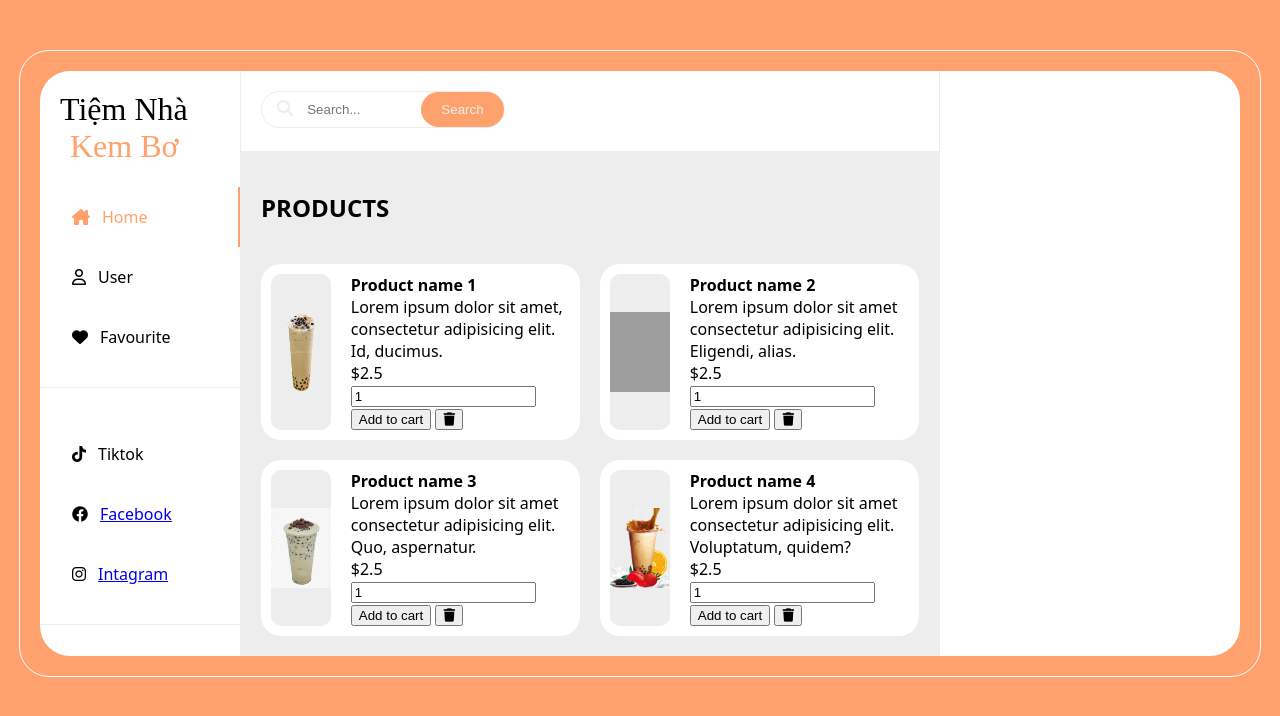
Repository: hnguyeng/tiemnhabo
Page: index.html
These files come from the project's save history. The page is drawn as it stood at one moment and after the next save; the edit follows.
The browser window is 1280 px wide. The pictures show the whole page.
Pictures or frames that could not be fetched are drawn as grey boxes.

Above is the page before, as saved 2022-12-13 16:09:11.

### index.html
<!DOCTYPE html>
<html lang="en">
<head>
    <meta charset="UTF-8">
    <meta http-equiv="X-UA-Compatible" content="IE=edge">
    <meta name="viewport" content="width=device-width, initial-scale=1.0">
    <title>Document</title>
    <link rel="stylesheet" href="./style.css">
    <link rel="stylesheet" href="https://cdnjs.cloudflare.com/ajax/libs/font-awesome/6.2.1/css/all.min.css">
</head>
<body>
    <div class="container">
        <div class="menu">
            <div class="logo">
                Tiệm Nhà <span>Kem Bơ</span>
            </div>
            <ul>
                <li class="active"><i class="fa-solid fa-house-chimney"></i>Home</li>
                <li><i class="fa-regular fa-user"></i>User</li>
                <li><i class="fa-solid fa-heart"></i>Favourite</li>
            </ul>
            <ul>
                <li><i class="fa-brands fa-tiktok"></i>Tiktok</li>
                <li><i class="fa-brands fa-facebook"></i><a href="https://www.facebook.com/Hin229/">Facebook</a> </li>
                <li><i class="fa-brands fa-instagram"></i><a href="https://www.instagram.com/n.q.h.2209/">Intagram</a></li>
            </ul>
        </div>
        <div class="center">
            <div class="search">
                <div class="form">
                    <i class="fa-solid fa-magnifying-glass"></i>
                    <input type="text" placeholder="Search...">
                    <button>Search</button>
                </div>
            </div>
            <h2>PRODUCTS</h2>
            <div class="list">
                <div class="item" data-key="1">
                    <div class="img">
                        <img src="./img/freepng1191-tra-sua-nuoc-giai-khat-do-uong-png-hinh-tach-nen-14.png" alt="">
                    </div>
                    <div class="content">
                        <div class="title">Product name 1</div>
                        <div class="des">
                           Lorem ipsum dolor sit amet, consectetur adipisicing elit. Id, ducimus.
                        </div>
                        <div class="price">$2.5</div>
                        <input type="number" class="count" min="1" value="1">
                        <button class="add">Add to cart</button>
                        <button class="remove"><i class="fa-solid fa-trash"></i></button>
                    </div>
                </div>
                <div class="item" data-key="2">
                    <div class="img">
                        <img src="./img/freepng1205-tra-sua-nuoc-giai-khat-do-uong-png-hinh-tach-nen-28.png" alt="">
                    </div>
                    <div class="content">
                        <div class="title">Product name 2</div>
                        <div class="des">
                            Lorem ipsum dolor sit amet consectetur adipisicing elit. Eligendi, alias.
                        </div>
                        <div class="price">$2.5</div>
                        <input type="number" class="count" min="1" value="1">
                        <button class="add">Add to cart</button>
                        <button class="remove"><i class="fa-solid fa-trash"></i></button>
                    </div>
                </div>
                <div class="item" data-key="3">
                    <div class="img">
                        <img src="./img/kisspng-milkshake-milk-tea-red-bean-milk-tea-picture-material-5a96606943e004.536732111519804521278.jpg" alt="">
                    </div>
                    <div class="content">
                        <div class="title">Product name 3</div>
                        <div class="des">
                            Lorem ipsum dolor sit amet consectetur adipisicing elit. Quo, aspernatur.
                        </div>
                        <div class="price">$2.5</div>
                        <input type="number" class="count" min="1" value="1">
                        <button class="add">Add to cart</button>
                        <button class="remove"><i class="fa-solid fa-trash"></i></button>
                    </div>
                </div>
                <div class="item" data-key="4">
                    <div class="img">
                        <img src="./img/taifree1436-ly-tra-sua-huong-dau.png" alt="">
                    </div>
                    <div class="content">
                        <div class="title">Product name 4</div>
                        <div class="des">
                            Lorem ipsum dolor sit amet consectetur adipisicing elit. Voluptatum, quidem?
                        </div>
                        <div class="price">$2.5</div>
                        <input type="number" class="count" min="1" value="1">
                        <button class="add">Add to cart</button>
                        <button class="remove"><i class="fa-solid fa-trash"></i></button>
                    </div>
                </div>
            </div>
        </div>
        <div class="cart"></div>
    </div>
</body>
</html>

### style.css
 @import url('https://fonts.googleapis.com/css2?family=Roboto&display=swap');
 :root{
    --white: #fff;
    --light: #eeeded;
    --orange: #FFA16C;
 }
 body {
    background-color: var(--orange);
    font-family: system-ui;
    overflow: hidden;
 }
 .container{
    width: 1200px;
    border: 1px solid var(--white);
    max-width: 100%;
    margin: 50px auto 0;
    display: grid;
    grid-template-columns: 200px auto 300px;
    padding: 20px;
    border-radius: 30px;
    min-height: 80vh;
 }
 .container .menu{
    background-color: var(--white);
    border-top-left-radius: 30px;
    border-bottom-left-radius: 30px;
 }
 .container .cart{
    background-color: var(--white);
    border-top-right-radius: 30px;
    border-bottom-right-radius: 30px;
 }
 .container .center{
    background-color: var(--light);
    border-left: 1px solid var(--light);
    border-right: 1px solid var(--light);
 }
 /* menu */
 .menu .logo{
    padding: 20px 0 20px 20px ;
    font-family: 'lobster', cursive;
    font-size: xx-large;
    height: 40px;
 }
 .menu .logo span{
   color: var(--orange);
   margin-left: 10px;
 }
 .menu ul{
   padding: 20px 0 20px 20px;
   list-style:  none;
   border-bottom: 1px solid var(--light);
 }
 .menu ul li{
   padding: 10px 0;
 }
 .menu ul li i{
   margin: 12px;
 }
 .menu ul li.active{
   color: var(--orange);
   border-right: 2px solid var(--orange);
 }
 .menu ul li:hover{
   color: var(--orange);
   border-right: 2px solid var(--orange);
 }
 /* end menu */
 /* center */
 /* form */
 .center .search{
   background-color: var(--white);
   padding: 20px;
   height: 40px;
 }
 .center .search .form{
   width: max-content;
   border: 1px solid var(--light);
   border-radius: 20px;
   padding-left: 15px;
   color: var(--light);
 }
 .center .search .form input{
   border: none;
   padding: 0 10px;
   outline: none;
   width: 100px;
 }
 .center .search .form button{
   border: none;
   background-color: var(--orange);
   color: var(--light);
   padding: 10px 20px;
   border-radius: 20px;
 }
 /* end form */
 .item .img img{
   width: 60px;
   height: 80px;
 }
 .item .img{
  border-radius: 10px;
   background-color: var(--light);
   display: flex;
   justify-content: center;
   align-items: center;
 }
.center h2{
   padding: 20px;
}
.center .list{
   padding: 0 20px 20px;
   display: grid;
   grid-template-columns: auto auto;
   column-gap: 20px;
   row-gap: 20px;
}
.item{
   background-color: var(--white);
   display: grid;
   grid-template-columns: 20% auto;
   padding: 10px;
   column-gap: 20px;
   border-radius: 20px;
}
.item .content .title{
   font-weight: bold;
}

 /* end center */

After the next save:
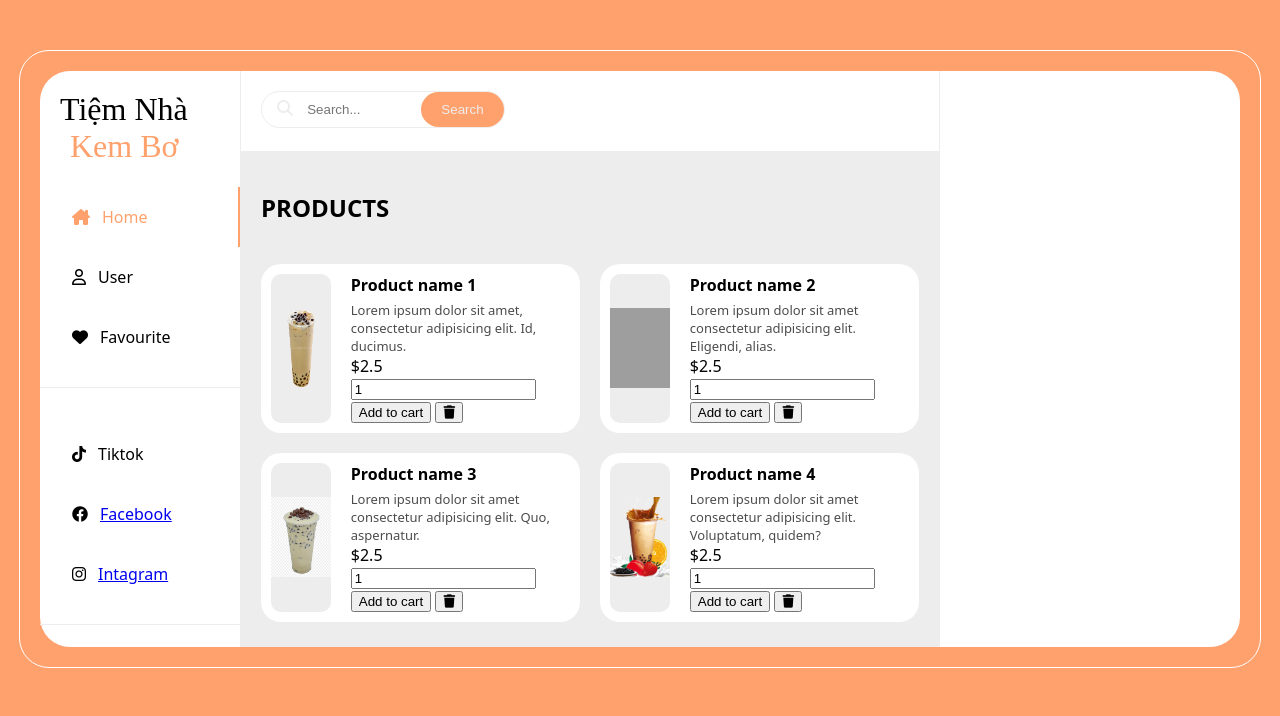
Saved 104 s later.
--- a/style.css
+++ b/style.css
@@ -126,5 +126,10 @@
 .item .content .title{
    font-weight: bold;
 }
+.item .content .des{
+   font-size: small;
+   opacity: 0.7;
+   margin-top: 5px;
+}
 
  /* end center */
